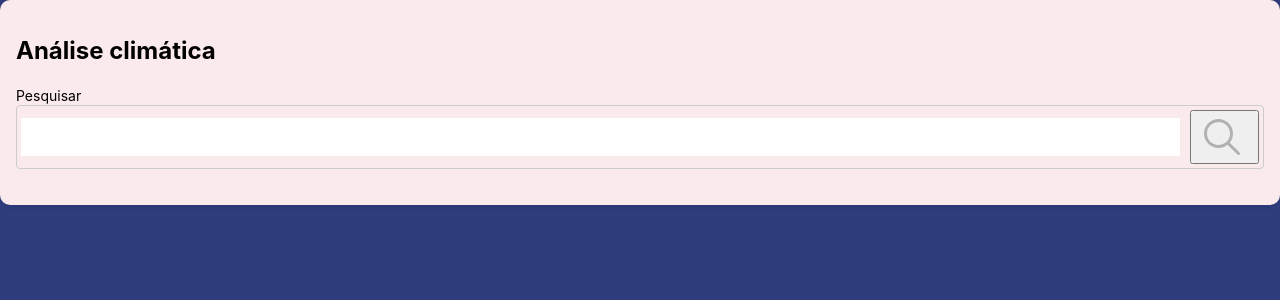
Repository: yurilemos/climate-check
Page: /
The author's editor kept a copy of each file at every save. The page is drawn from the files as they stood at one save, then again after the next save.
The browser window is 1280 px wide. The pictures show the whole page.
The project was rebuilt for these pictures with package versions that can differ from the ones it lists, and the page was loaded fresh each time. Also part of the build but not shown: src/pages/notFound/index.jsx.

Above is the page before, as saved 2023-05-19 17:33:36.

### src/App.js
import "./global.css";
import { Router } from "./router";

function App() {
  return <Router />;
}

export default App;

### src/global.css
body {
  background-color: #2F3C7E;
}

### src/router/index.jsx
import React from 'react';
import { BrowserRouter, Routes, Route } from 'react-router-dom';
import { Home } from '../pages/home';
import { NotFound } from '../pages/notFound';


export const Router = () => {
  return (
    <BrowserRouter>
      <Routes>
        <Route path="/" element={<Home />} />
        <Route path="*" element={<NotFound />} />
      </Routes>
    </BrowserRouter>
  );
};

### src/pages/home/index.jsx
import React from "react";
import SearchInput from "../../components/searchInput";
import Card from "../../components/card";


export const Home = () => {

  return (
    <Card>
      <h2>Análise climática</h2>
      <SearchInput label="Pesquisar" onSearch={(e)=>{console.log(e)}}/>

    </Card>
  );
};

### src/components/searchInput/index.jsx
import React, { useState } from 'react';
import { CustomSearchContainer, SearchContent, Label, Input, SearchButton, SearchIcon } from './style.js';

const SearchInput = ({label, onSearch}) => {
  const [searchValue, setSearchValue] = useState('');

  const handleSearch = () => {
    // Lógica para executar a ação de pesquisa
    onSearch(searchValue);
  };

  const handleKeyDown = (event) => {
    if (event.key === 'Enter') {
      handleSearch();
    }
  };

  return (
   <CustomSearchContainer>
    <Label htmlFor="custom-search">{label}</Label>
    <SearchContent>
      <Input
          id="custom-search"
          type="search"
          value={searchValue}
          onChange={(event) => setSearchValue(event.target.value)}
          onKeyDown={handleKeyDown}
        />
        <SearchButton
          className="search-icon"
          onClick={handleSearch}
        >
          <SearchIcon src="images/search-icon.svg" alt='pesquisar' />
        </SearchButton>
      </SearchContent>
  </CustomSearchContainer>
  );
};

export default SearchInput;

### src/components/card/index.jsx
import React from 'react';
import './style.css'

const Card = ({children}) => {
  return (
    <div className="card-component">
      {children}
    </div>
  );
};

export default Card;

### src/components/searchInput/style.js
import styled from "styled-components";

export const CustomSearchContainer = styled.div`
  position: relative;
  margin-bottom: 20px;
`;

export const Label = styled.label`
  font-size: 14px;
  margin-bottom: 5px;
`;

export const SearchContent = styled.div`
  display: flex;
  align-items: center;
  border: 1px solid #ccc;
  border-radius: 4px;
  padding: 4px;
`;

export const Input = styled.input`
  flex: 1;
  padding: 10px;
  border: none;
  font-size: 16px;
  outline: none;
  position: relative;
`;

export const SearchButton = styled.button`
  cursor: pointer;
  margin-left: 10px;
  color: #666;
  transition: color 0.3s ease;

  &:hover {
    color: #000;
  }

  &:active {
    transform: scale(0.95);
  }
`;

export const SearchIcon = styled.img`
  vertical-align: middle;
  margin-right: 5px;
`;

### src/components/card/style.css
.card-component {
  padding: 1rem;
  background-color: #FBEAEB;
  border-radius: 10px;
  box-shadow: 0 0 10px rgba(0, 0, 0, 0.1);
}

Loaded but not shown: public/index.html (common file); src/index.js (common file); src/index.css (common file); src/reportWebVitals.js (common file)

After the next save:
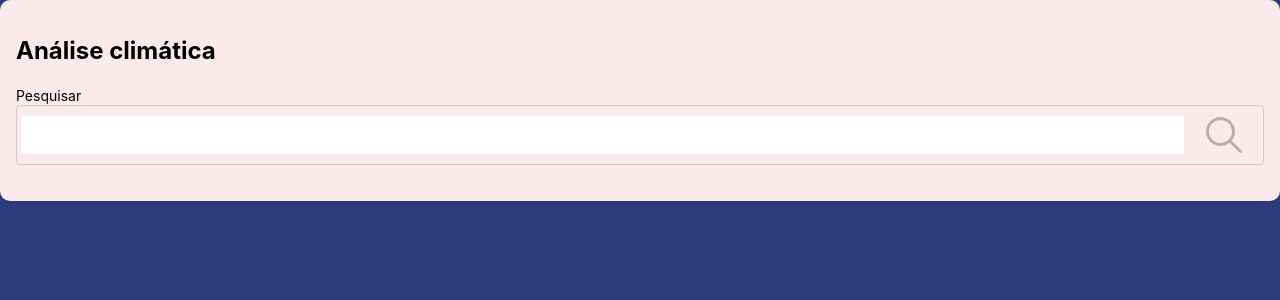
Saved 72 s later.
--- a/src/components/searchInput/style.js
+++ b/src/components/searchInput/style.js
@@ -30,7 +30,8 @@ export const Input = styled.input`
 export const SearchButton = styled.button`
   cursor: pointer;
   margin-left: 10px;
-  color: #666;
+  background: none;
+  border: none;
   transition: color 0.3s ease;
 
   &:hover {
